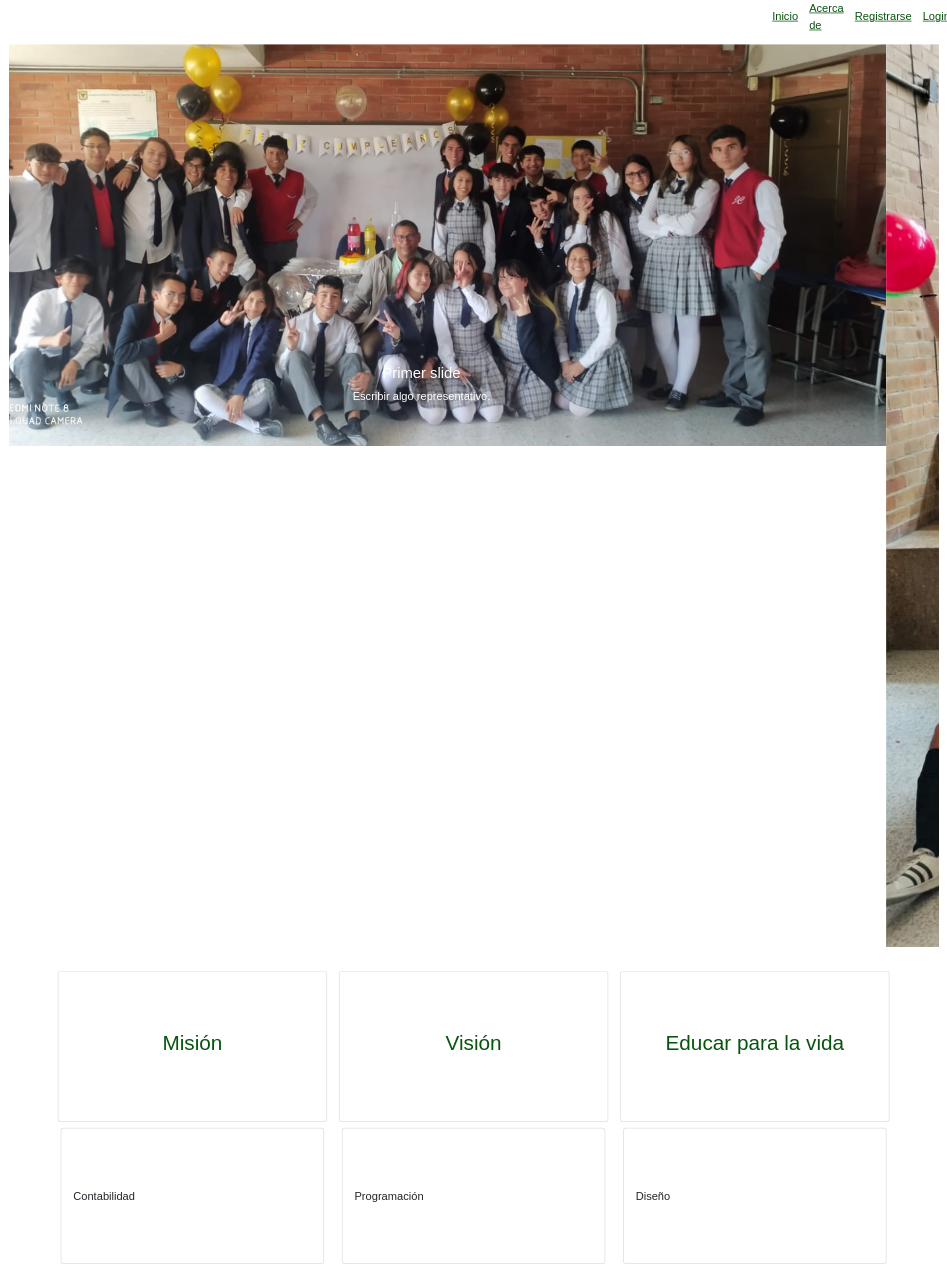
Repository: AntonnySant/webColegio
Page: index.html
The author's editor kept a copy of each file at every save. The page is drawn from the files as they stood at one save, then again after the next save.
The browser window is 1280 px wide. The pictures show the whole page, at 74% of full size.

Above is the page before, as saved 2023-10-17 17:17:06.
Console error: TypeError: Cannot set properties of null (setting 'onclick')

After the next save:
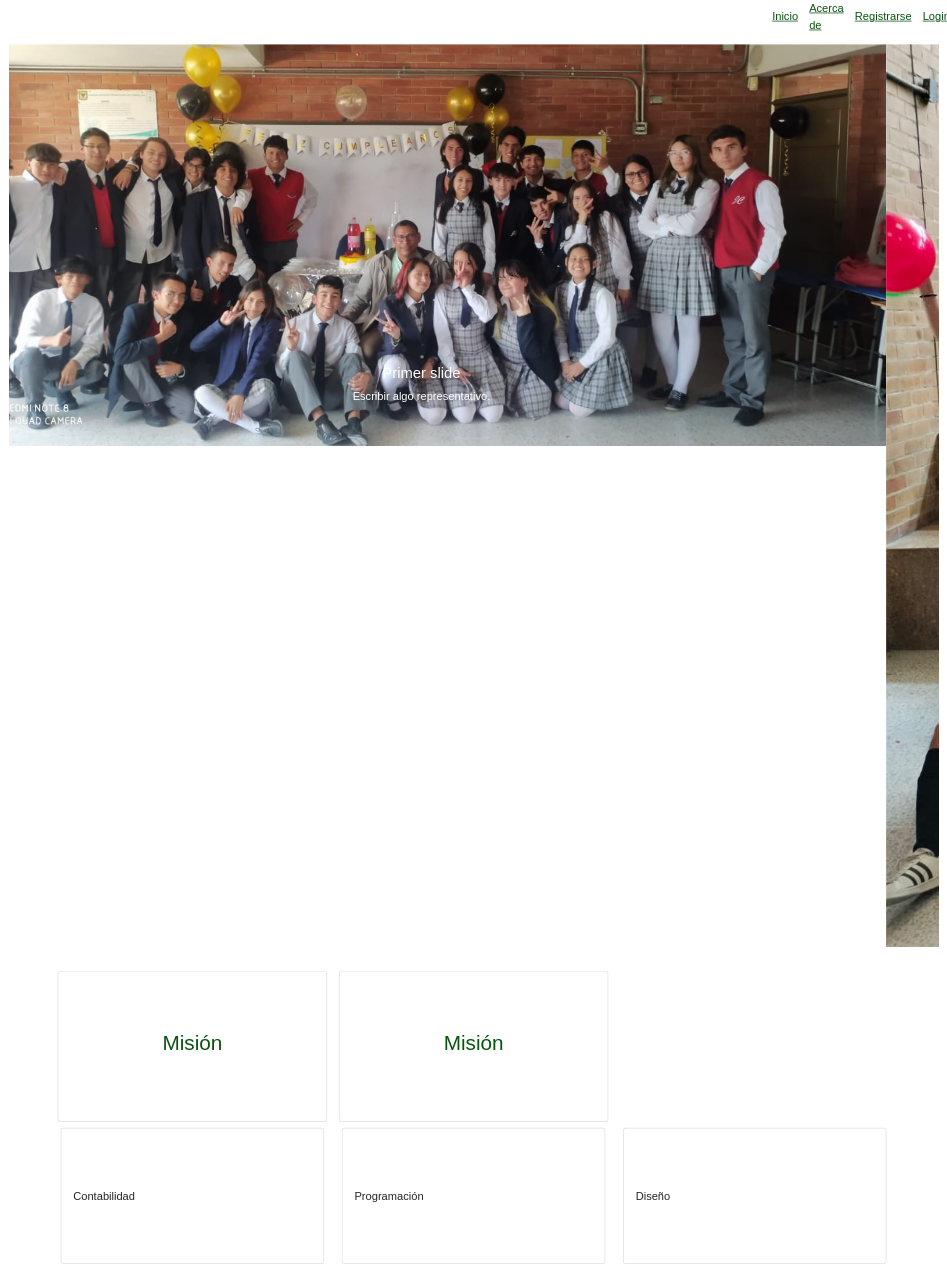
Saved 21 s later.
--- a/index.html
+++ b/index.html
@@ -163,72 +163,38 @@
                 </div>
                 <div class="col-xs-12 col-md-4 p-2">
                     <div class="card">
-                        <div class="card-body">
-
-                            <!-- Button trigger modal -->
-
-                            <a href="#" data-bs-toggle="modal" data-bs-target="#exampleModal" class="btn-card">
-                                <h3>Visión</h3>
-                            </a>
-
-                            <!-- Modal -->
-                            <div class="modal fade" id="exampleModal" tabindex="-1" aria-labelledby="exampleModalLabel"
-                                aria-hidden="true">
-                                <div class="modal-dialog">
-                                    <div class="modal-content">
-                                        <div class="modal-header">
-                                            <h5 class="modal-title" id="exampleModalLabel">Modal title</h5>
-                                            <button type="button" class="btn-close" data-bs-dismiss="modal"
-                                                aria-label="Close"></button>
-                                        </div>
-                                        <div class="modal-body">
-                                            ...
-                                        </div>
-                                        <div class="modal-footer">
-                                            <button type="button" class="btn btn-secondary"
-                                                data-bs-dismiss="modal">Close</button>
-                                            <button type="button" class="btn btn-primary">Save changes</button>
+
+                        <a href="#" data-bs-toggle="modal" data-bs-target="#exampleModal" class="btn-card">
+                            <div class="card-body">
+
+                                <!-- Button trigger modal -->
+
+                                <h3>Misión</h3>
+
+
+                                <!-- Modal -->
+                                <div class="modal fade" id="exampleModal" tabindex="-1"
+                                    aria-labelledby="exampleModalLabel" aria-hidden="true">
+                                    <div class="modal-dialog">
+                                        <div class="modal-content">
+                                            <div class="modal-header">
+                                                <h5 class="modal-title" id="exampleModalLabel">Modal title</h5>
+                                                <button type="button" class="btn-close" data-bs-dismiss="modal"
+                                                    aria-label="Close"></button>
+                                            </div>
+                                            <div class="modal-body">
+                                                ...
+                                            </div>
+                                            <div class="modal-footer">
+                                                <button type="button" class="btn btn-secondary"
+                                                    data-bs-dismiss="modal">Close</button>
+                                                <button type="button" class="btn btn-primary">Save changes</button>
+                                            </div>
                                         </div>
                                     </div>
                                 </div>
                             </div>
-                        </div>
-
-                    </div>
-                </div>
-                <div class="col-xs-12 col-md-4 p-2">
-                    <div class="card">
-                        <div class="card-body">
-
-                            <!-- Button trigger modal -->
-
-                            <a href="#" data-bs-toggle="modal" data-bs-target="#exampleModal" class="btn-card">
-                                <h3>Educar para la vida</h3>
-                            </a>
-
-                            <!-- Modal -->
-                            <div class="modal fade" id="exampleModal" tabindex="-1" aria-labelledby="exampleModalLabel"
-                                aria-hidden="true">
-                                <div class="modal-dialog">
-                                    <div class="modal-content">
-                                        <div class="modal-header">
-                                            <h5 class="modal-title" id="exampleModalLabel">Modal title</h5>
-                                            <button type="button" class="btn-close" data-bs-dismiss="modal"
-                                                aria-label="Close"></button>
-                                        </div>
-                                        <div class="modal-body">
-                                            ...
-                                        </div>
-                                        <div class="modal-footer">
-                                            <button type="button" class="btn btn-secondary"
-                                                data-bs-dismiss="modal">Close</button>
-                                            <button type="button" class="btn btn-primary">Save changes</button>
-                                        </div>
-                                    </div>
-                                </div>
-                            </div>
-                        </div>
-
+                        </a>
                     </div>
                 </div>
             </div>
